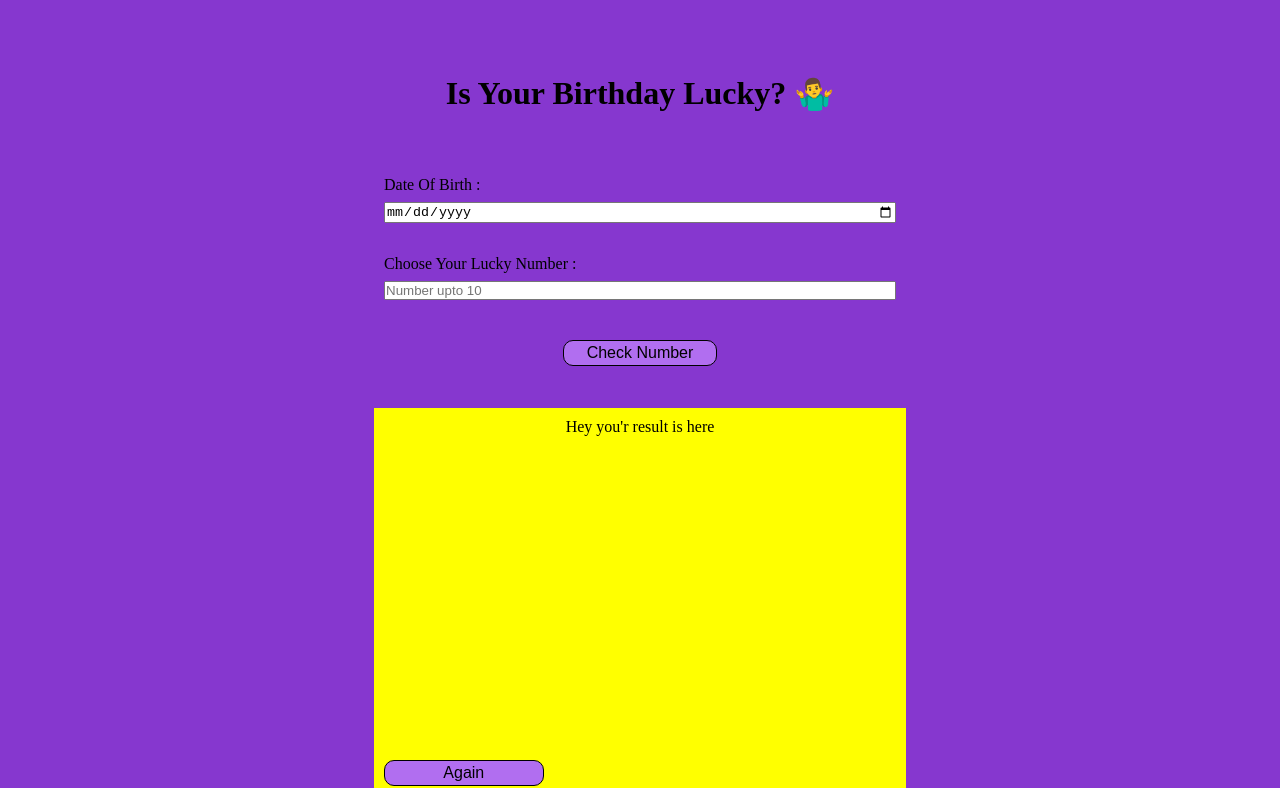
Repository: patelamancode/Lucky-Birthday-App
Page: index.html
These files come from the project's save history. The page is drawn as it stood at one moment and after the next save; the edit follows.
The browser window is 1280 px wide. The pictures show the whole page.

Above is the page before, as saved 2022-11-23 15:17:54.

After the next save:
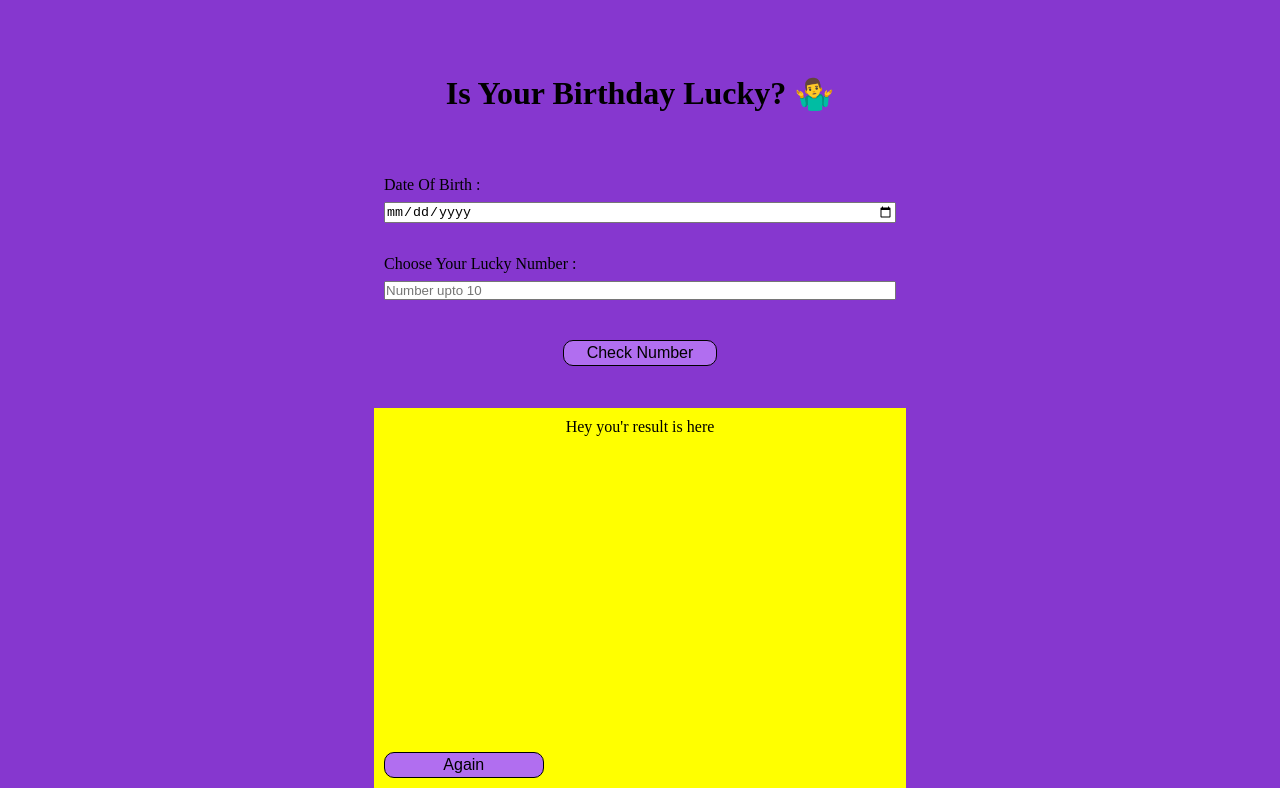
Saved 10 s later.
--- a/index.css
+++ b/index.css
@@ -58,5 +58,5 @@
 
  #back-btn{
    position: absolute;
-   bottom: 2px;
+   bottom: 10px;
  }
